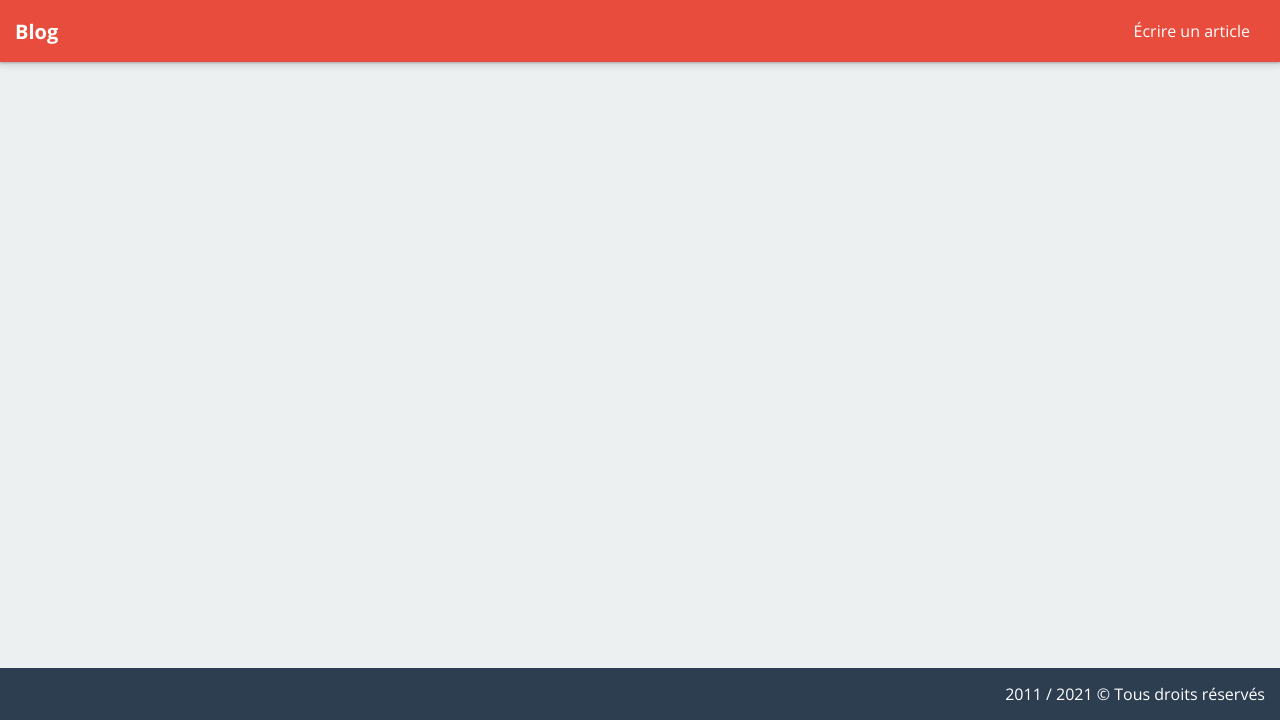
Repository: Yannis699/Projet_blog
Page: http://localhost/add-article.php
An editor plug-in stored every save of this project. The page is shown before and after the next save, followed by the edit.
The browser window is 1280 px wide. The pictures show the whole page.
The page is run by PHP 8.4 with error messages shown; the project is at /var/www/html/.

Above is the page before, as saved 2022-05-19 21:15:07.

### blog/add-article.php


<!DOCTYPE html>
<html lang="en">

<head>
    <?php require_once 'includes/head.php' ?>
    <link rel="stylesheet" href="public/css/add-article.css">
    <title>Créer un article</title>
</head>

<body>
    <div class="container">
        <?php require_once 'includes/header.php' ?>
        <div class="content">

        </div>
        <?php require_once 'includes/footer.php' ?>
    </div>

</body>

</html>

### blog/includes/head.php
<meta charset="UTF-8">
<meta http-equiv="X-UA-Compatible" content="IE=edge">
<meta name="viewport" content="width=device-width, initial-scale=1.0">
<link rel="stylesheet" href="public/css/style.css">
<script defer src="public/js/index.js"></script>
<link rel="preconnect" href="https://fonts.gstatic.com">
<link href="https://fonts.googleapis.com/css2?family=Open+Sans:wght@400;700&display=swap" rel="stylesheet">

### blog/includes/header.php
<header>
   <a href="/" class="logo">Blog</a>
   <ul class="header-menu">
       <li>
           <a href="/add-article.php"> Écrire un article </a>
       </li>
   </ul>
</header>

### blog/includes/footer.php
<footer>
    <p>2011 / 2021 © Tous droits réservés</p>
</footer>

### blog/public/css/style.css
/* theme */
:root {
  --font-family: 'Open Sans', sans-serif;
  --primary: #e74c3c;
  --dark: #2c3e50;
  --danger: #e74c3c;
  --background-light: #ecf0f1;
  --text-color: #444;
  --text-color-light: #fff;
  --box-shadow: rgba(60, 64, 67, 0.3) 0px 1px 2px 0px,
    rgba(60, 64, 67, 0.15) 0px 2px 6px 2px;
  --border: 1px solid #eee;
}

/* reset */

* {
  box-sizing: border-box;
}

html,
body {
  overflow: hidden;
  margin: 0;
  padding: 0;
  font-size: 10px;
  font-family: var(--font-family);
  background-color: var(--background-light);
}

h1,
p {
  margin: 0;
}

h1 {
  margin-bottom: 1rem;
}

ul {
  padding: 0;
  list-style-type: none;
}

a {
  color: inherit;
  text-decoration: none;
}

/* container */

.container {
  font-size: 1.6rem;
  min-height: 100vh;
  display: flex;
  flex-flow: column;
  color: var(--text-color);
}

/* text */

.text-danger {
  color: var(--danger);
  font-size: 1.2rem;
  font-weight: bold;
}

/* button */

.btn {
  background-color: white;
  font-weight: 700;
  color: var(--text-color);
  font-size: 1.6rem;
  border: 0;
  padding: 10px 15px;
  cursor: pointer;
  border-radius: 3px;
  margin: 0 5px;
  box-shadow: var(--box-shadow);
}

.btn-primary {
  background-color: var(--primary);
  color: var(--text-color-light);
}

.btn-danger {
  background-color: var(--danger);
  color: var(--text-color-light);
}

.btn-small {
  padding: 5px 10px;
  font-size: 1.4rem;
}

.low-opacity {
  opacity: 0.5;
}

/* header */

header {
  background-color: var(--primary);
  padding: 1.5rem;
  box-shadow: var(--box-shadow);
  color: var(--text-color-light);
  display: flex;
  flex-flow: row nowrap;
  justify-content: space-between;
  align-items: center;
}

.header-menu {
  margin: 0;
}

.header-menu>li {
  border-radius: 3px;
  padding: 5px 15px;
}

.header-menu>li:hover{
  border-radius: 3px;
  padding: 5px 15px;
}

.logo {
  font-weight: 700;
  font-size: 2rem;
  color: var(--text-color-light);
}

/* footer */

footer {
  background: var(--dark);
  display: flex;
  flex-flow: row-reverse;
  color: var(--text-color-light);
  padding: 1.5rem;
}

/* content  */

.content {
  flex: 1;
  display: flex;
  flex-flow: row;
  justify-content: center;
  align-items: center;
}

### blog/public/js/index.js
console.log('Hello Dyma !');

### blog/public/css/add-article.css
.form-container {
    display: flex;
    flex-flow: column;
    width: 60rem;
}

.form-container h1 {
 margin-bottom: 2rem;
}

.form-control{
    display: flex;
    flex-flow: column;
    margin: 1rem 0;
}

.form-control-label {
    margin-bottom: 1rem;
}

.form-control input {
    border: var(--border);
    border-radius: 3px;
    padding: 1rem 1.5rem;
}

.form-control select {
    border: var(--border);
    padding: 1rem 1.5rem;
}

.form-control textarea {
    border: var(--border);
    padding: 1rem 1.5rem;
    min-height: 20rem;
}

.form-actions {
    display: flex;
    flex-flow: row nowrap;
    justify-content: flex-end;
}

After the next save:
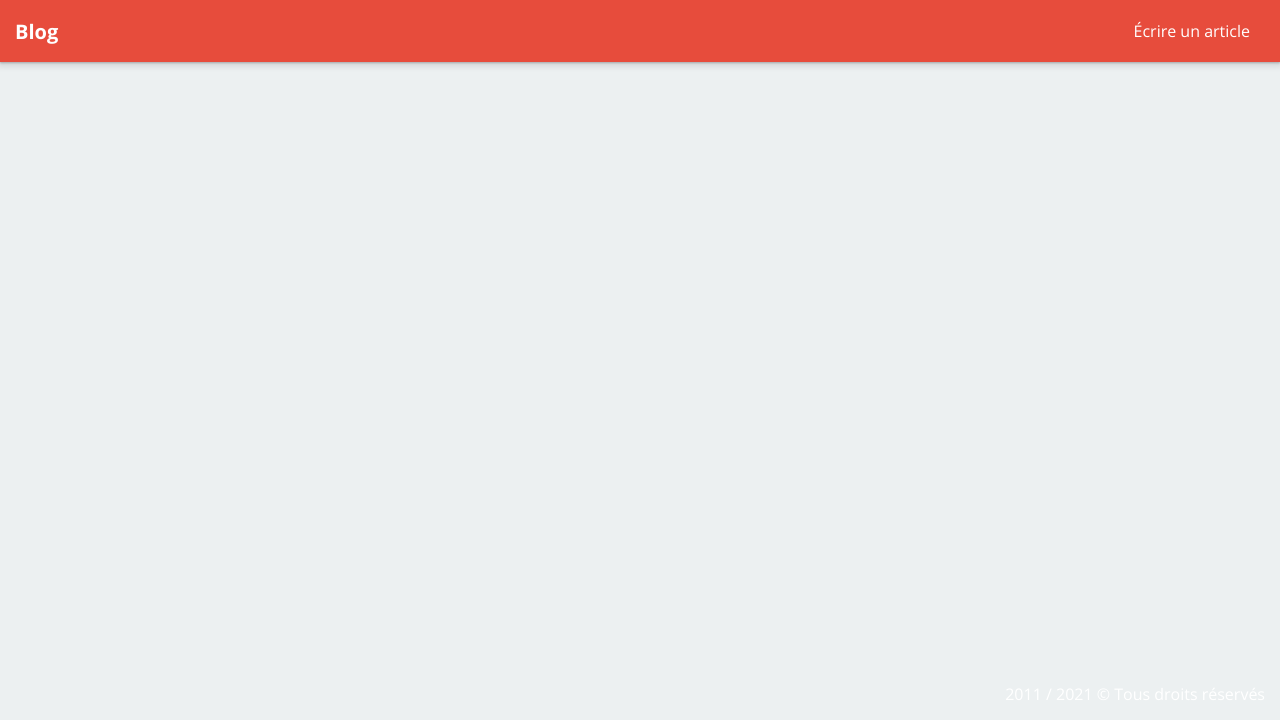
Saved 9 s later.
--- a/blog/public/css/style.css
+++ b/blog/public/css/style.css
@@ -2,6 +2,7 @@
 :root {
   --font-family: 'Open Sans', sans-serif;
   --primary: #e74c3c;
+  --primary
   --dark: #2c3e50;
   --danger: #e74c3c;
   --background-light: #ecf0f1;

After the 2 saves that followed:
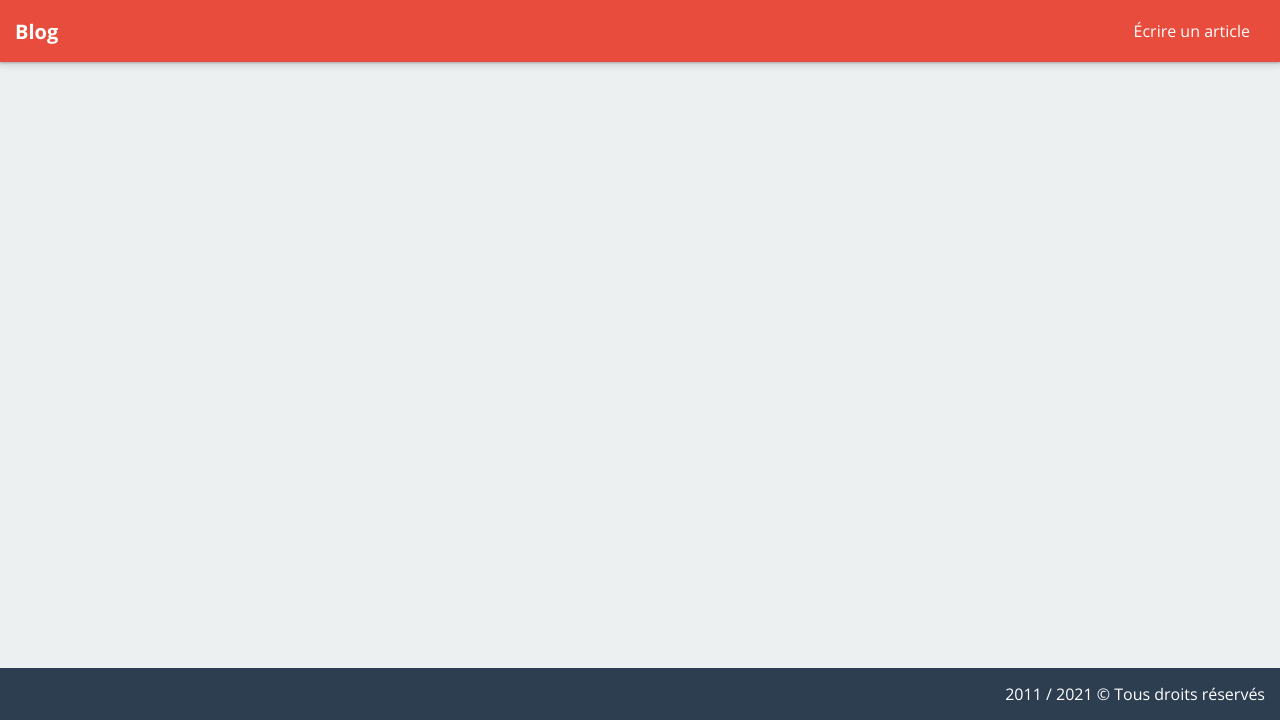
The 2 saves are shown as one change because they came seconds apart.
The last was saved 6 s later.
--- a/blog/public/css/style.css
+++ b/blog/public/css/style.css
@@ -2,7 +2,7 @@
 :root {
   --font-family: 'Open Sans', sans-serif;
   --primary: #e74c3c;
-  --primary
+  --primary-dark: ;
   --dark: #2c3e50;
   --danger: #e74c3c;
   --background-light: #ecf0f1;
